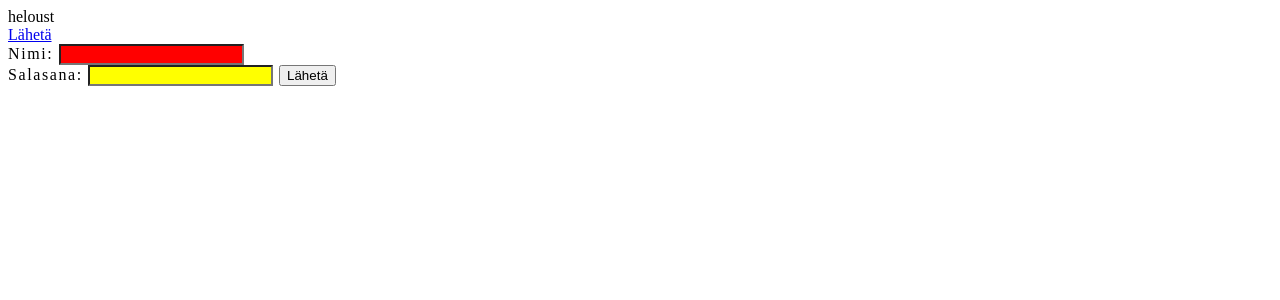
Repository: sirkian/ohj2-t4
Page: http://localhost/Kommunikaatio/
An editor plug-in stored every save of this project. The page is shown before and after the next save, followed by the edit.
The browser window is 1280 px wide. The pictures show the whole page.
The page is served by Tomcat 9.

Above is the page before, as saved 2022-03-19 14:02:07.

After the next save:
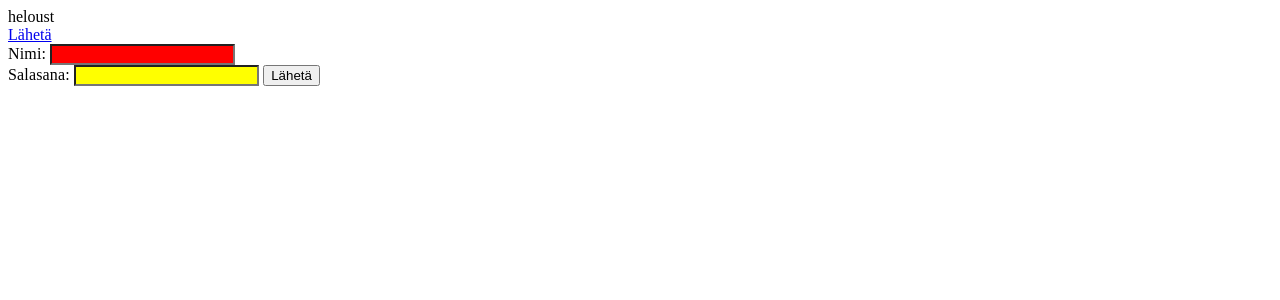
Saved 7 s later.
--- a/Kommunikaatio/src/main/webapp/index.jsp
+++ b/Kommunikaatio/src/main/webapp/index.jsp
@@ -18,7 +18,7 @@ body {
 	background: yellow;
 }
 form {
-	letter-spacing: 0.1em;
+	letter-spacing: 0.01em;
 }
 </style>
 </head>
